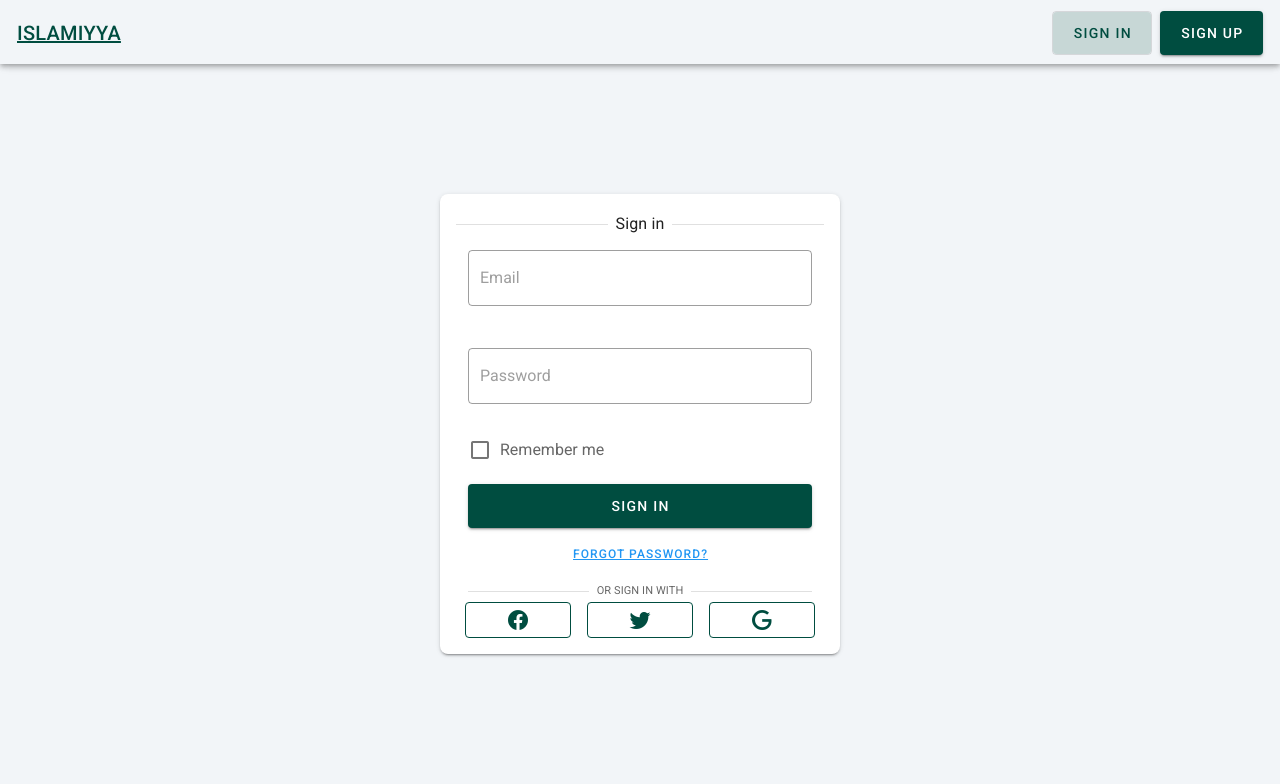
Repository: umarrg/islamiyya
Page: /about
An editor plug-in stored every save of this project. The page is shown before and after the next save, followed by the edit.
The browser window is 1280 px wide. The pictures show the whole page.
The project was rebuilt for these pictures with package versions that can differ from the ones it lists, and the page was loaded fresh each time. Also part of the build but not shown: vue.config.js, src/components/Navbar.vue, src/views/Home.vue. Imported but missing from the stored project, and not drawn on this page: src/views/Hadith.vue.

Above is the page before, as saved 2021-07-02 14:32:13.

After the next save:
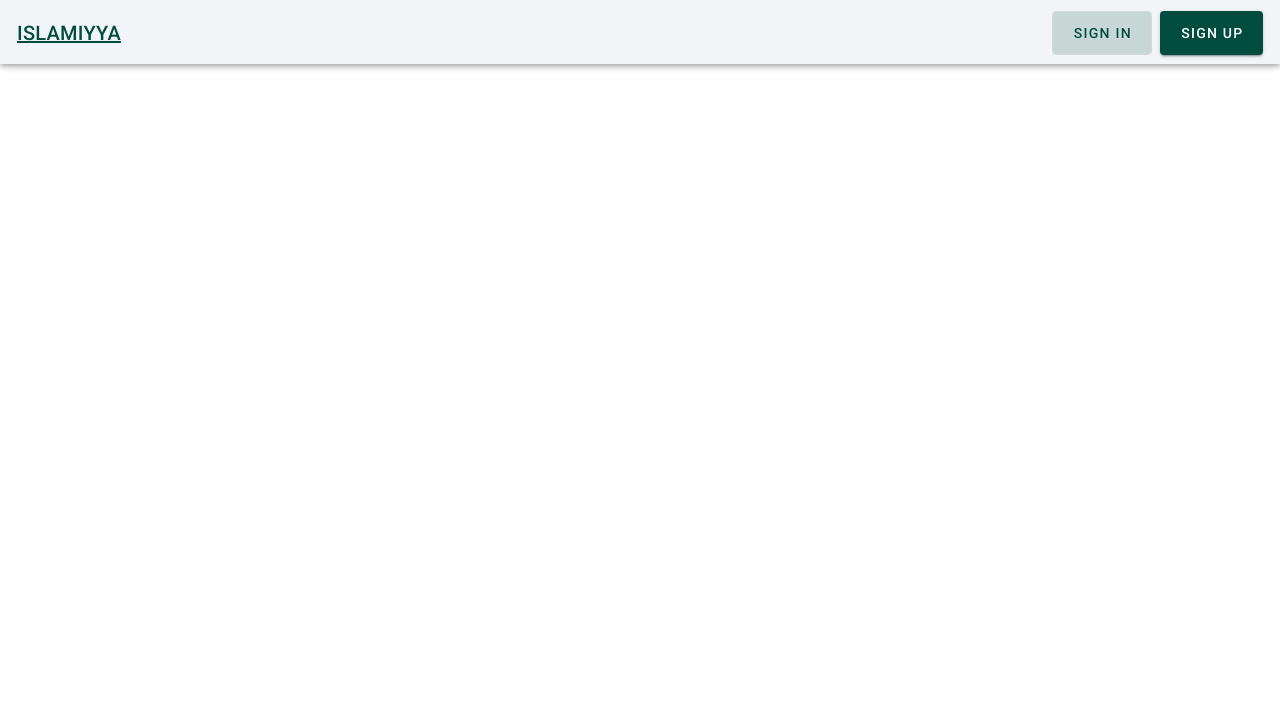
Saved 18 s later.
--- a/src/views/Login.vue
+++ b/src/views/Login.vue
@@ -18,7 +18,7 @@
                  <v-form  @submit.prevent ref="form">
                 <v-col cols="12" md="12">
                   <v-text-field
-                    outlined
+                    {{field}}
                     placeholder="Email"
                     v-model="email"
                   ></v-text-field>

After the 4 saves that followed:
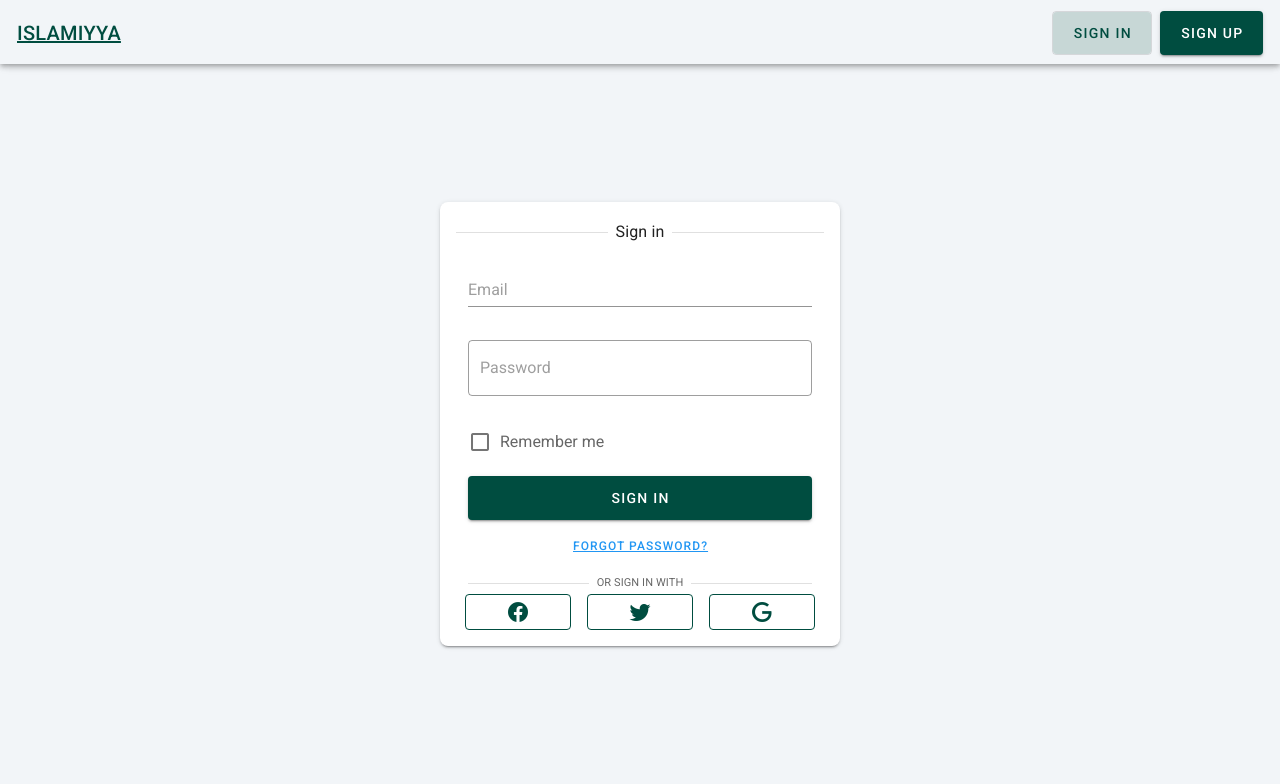
The 4 saves are shown as one change because 3 left the picture as it was.
The last was saved 93 s later.
--- a/src/views/Login.vue
+++ b/src/views/Login.vue
@@ -18,7 +18,7 @@
                  <v-form  @submit.prevent ref="form">
                 <v-col cols="12" md="12">
                   <v-text-field
-                    {{field}}
+
                     placeholder="Email"
                     v-model="email"
                   ></v-text-field>
@@ -95,6 +95,7 @@
     icon: ["mdi-facebook", "mdi-twitter", "mdi-google"],
     email: "",
     password: "",
+
   }),
   methods: {
     signIn() {
